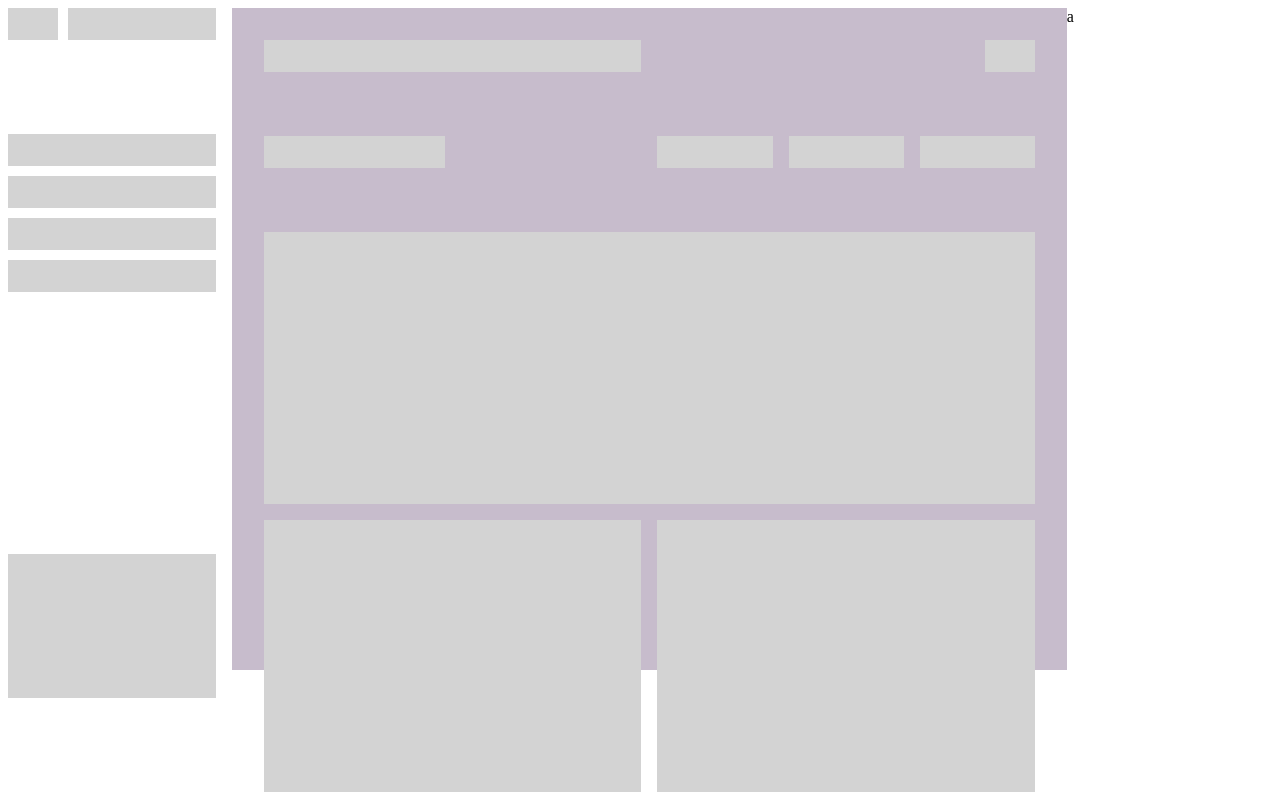
Repository: tr2cky/exercise2
Page: index.html
An editor plug-in stored every save of this project. The page is shown before and after the next save, followed by the edit.
The browser window is 1280 px wide. The pictures show the whole page.

Above is the page before, as saved 2022-10-01 12:06:38.

### index.html
<!DOCTYPE html>
<html lang="en">

<head>
    <meta charset="UTF-8">
    <meta http-equiv="X-UA-Compatible" content="IE=edge">
    <meta name="viewport" content="width=device-width, initial-scale=1.0">
    <link rel="stylesheet" href="style.css">
    <title>Document</title>
</head>

<body>
    <div class="container">
        <div class="side1">
        <div id="box1"></div>
        <div id="box2"></div>
        <div id="box3"></div>
        <div id="box4"></div>
        <div id="box5"></div>
        <div id="box6"></div>
        <div id="box7"></div>
        <div id="box8"></div>
        </div>
        <main>
            <div id="boxa"></div>
            <div id="boxb"></div>
            <div id="boxc"></div>
            <div id="boxd"></div>
            <div id="boxe"></div>
            <div id="boxf"></div>
            <div id="boxg"></div>
            <div id="boxh"></div>
            <div id="boxj"></div>
        </main>
        <div class="side2">
            a
        </div>
    </div>
</body>

</html>

### style.css
.container {
    display: flex;
    flex-direction: row;
    height: 92vh;
}

main {
    flex-grow: 3;
    background-color: rgb(199, 188, 204);
    display: grid;
    grid-template-columns: repeat(12, 1fr);
    grid-auto-rows: 2em;
    grid-gap: 1em;
    padding: 2em;
}

.side1 {
    flex-grow: 1;
    display: grid;
    grid-template-columns: 1fr 3fr;
    grid-auto-rows: 2em;
    grid-gap: 10px;
    margin-right: 1em;
}

.side2 {
    flex-grow: 1;
}

.side1 div,
main div,
.side2 div {
    background-color: lightgray;
}

#box3 {
    grid-column: 1/3;
    grid-row: 8;
    justify-self: start;
}

#box4 {
    grid-column: 1/3;
    grid-row: 4;
}

#box5 {
    grid-column: 1/3;
    grid-row: 5;
}

#box6 {
    grid-column: 1/3;
    grid-row: 6;
}

#box7 {
    grid-column: 1/3;
    grid-row: 7;
}

#box8 {
    grid-column: 1/3;
    grid-row: 14;
    height: 9em;
}

#boxa {
    grid-column: 1/7;
}

#boxb {
    grid-column: 12;
}

#boxc {
    grid-column: 1/4;
    grid-row: 3;
}
#boxd {
    grid-column: 7/9;
    grid-row: 3;
}
#boxe {
    grid-column: 9/11;
    grid-row: 3;
}
#boxf {
    grid-column: 11/13;
    grid-row: 3;
}
#boxg {
    grid-row: 5/11;
    grid-column: 1/13
}
#boxh {
    grid-row: 11/17;
    grid-column: 1/7;
}
#boxj {
    grid-row: 11/17;
    grid-column: 7/13;
}

After the next save:
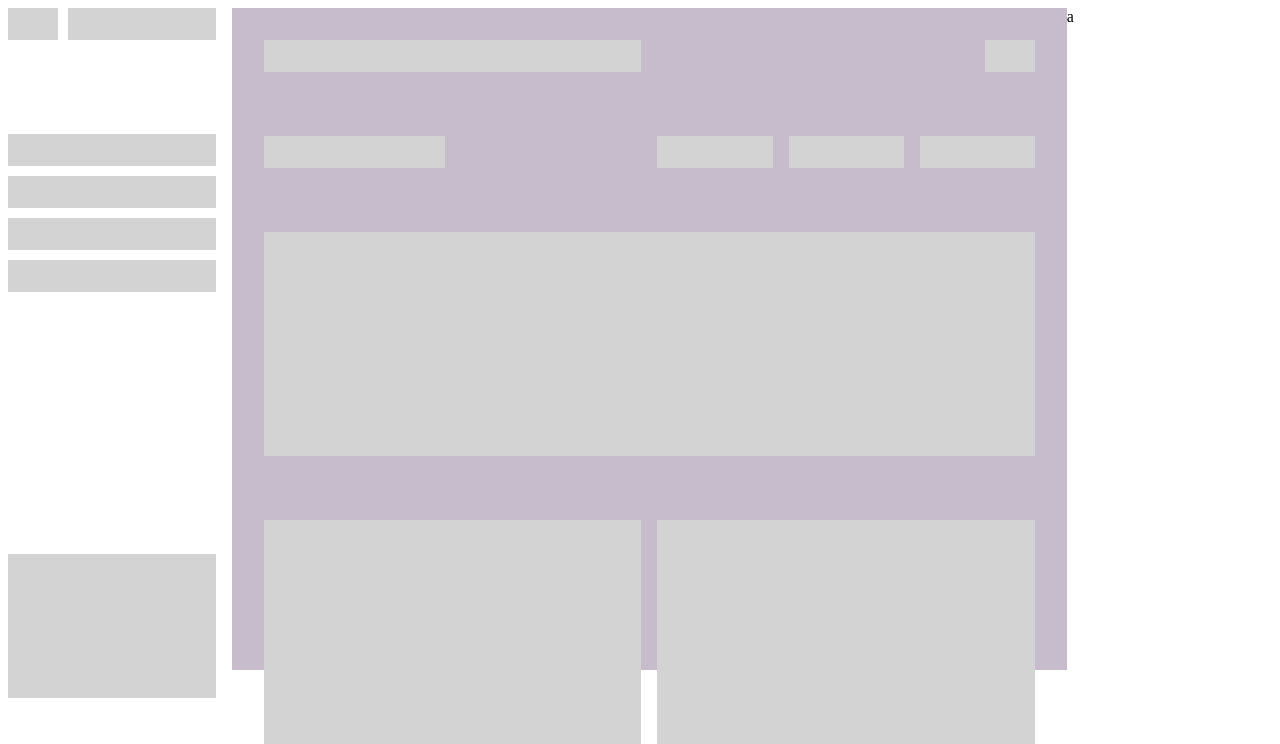
Saved 27 s later.
--- a/style.css
+++ b/style.css
@@ -90,14 +90,14 @@ main div,
     grid-row: 3;
 }
 #boxg {
-    grid-row: 5/11;
+    grid-row: 5/10;
     grid-column: 1/13
 }
 #boxh {
-    grid-row: 11/17;
+    grid-row: 11/16;
     grid-column: 1/7;
 }
 #boxj {
-    grid-row: 11/17;
+    grid-row: 11/16;
     grid-column: 7/13;
 }
